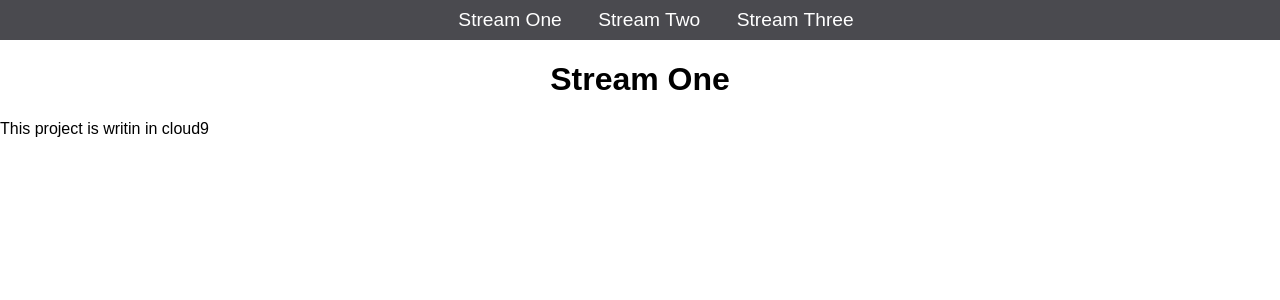
Repository: Synnott3/my-first-website
Page: stream-one.html
The author's editor kept a record of every edit. The page is drawn from the files as they stood at one moment, then again after the next edit.
The browser window is 1280 px wide. The pictures show the whole page.

Above is the page before.

### stream-one.html
<!DOCTYPE html>
<html>
    <head>
        <title>Hello World</title>
        <link rel="stylesheet" href="css/style.css" type="text/css" />
    </head>

    <body>
        <nav>
            <ul>
                <li><a href="stream-one.html">Stream One</a></li>
                <li><a href="stream-two.html">Stream Two</a></li>
                <li><a href="stream-three.html">Stream Three</a></li>
            </ul>
        </nav>
        <h1>Stream One</h1>
        <p>This project is writin in cloud9</p>
    </body>
</html>

### css/style.css
body{
    margin: 0;
    padding: 0;
    font-family: 'Oswald', sans-serif;
}

nav ul{
    list-style: none;
    background-color: #4a4a4f;
    text-align: center;
    margin: 0;
    padding: 0;
}

nav li {
    font-size: 1.2em;
    line-height: 40px;
    height: 40px;
    display: inline-block;
    margin-left: 2.5%;
}

nav a{
    text-decoration: none;
    color: #ffffff;
    display: block;

}

nav a:hover{
    background-color: #ffffff;
    color: #4a4a4f;
}

.card{
    float: left;
    width: 20%;
    margin-left: 10%;

}

.card a{
    text-align: center;
}

img {
    width: 100%;

}

h1{
    text-align: center;
}

After the next edit:
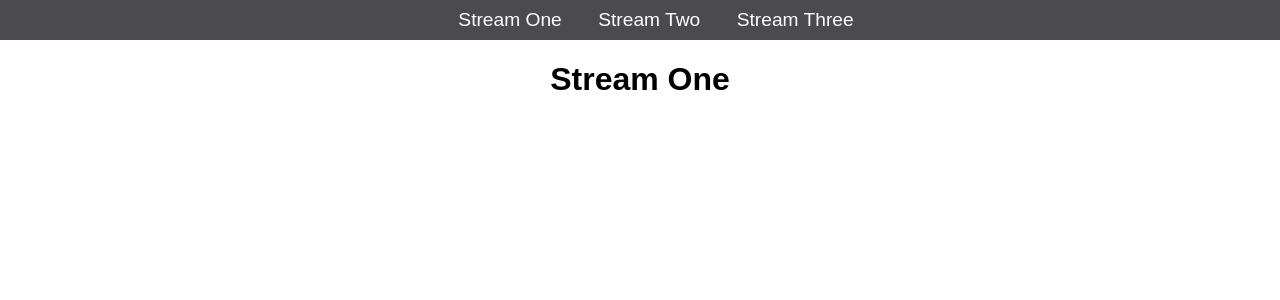
The edit:
--- a/stream-one.html
+++ b/stream-one.html
@@ -14,6 +14,11 @@
             </ul>
         </nav>
         <h1>Stream One</h1>
-        <p>This project is writin in cloud9</p>
+        <div class="card">
+            <a href="">
+                <img src=""></img>
+                <h2></h2>
+            </a>
+        </div>
     </body>
 </html>
